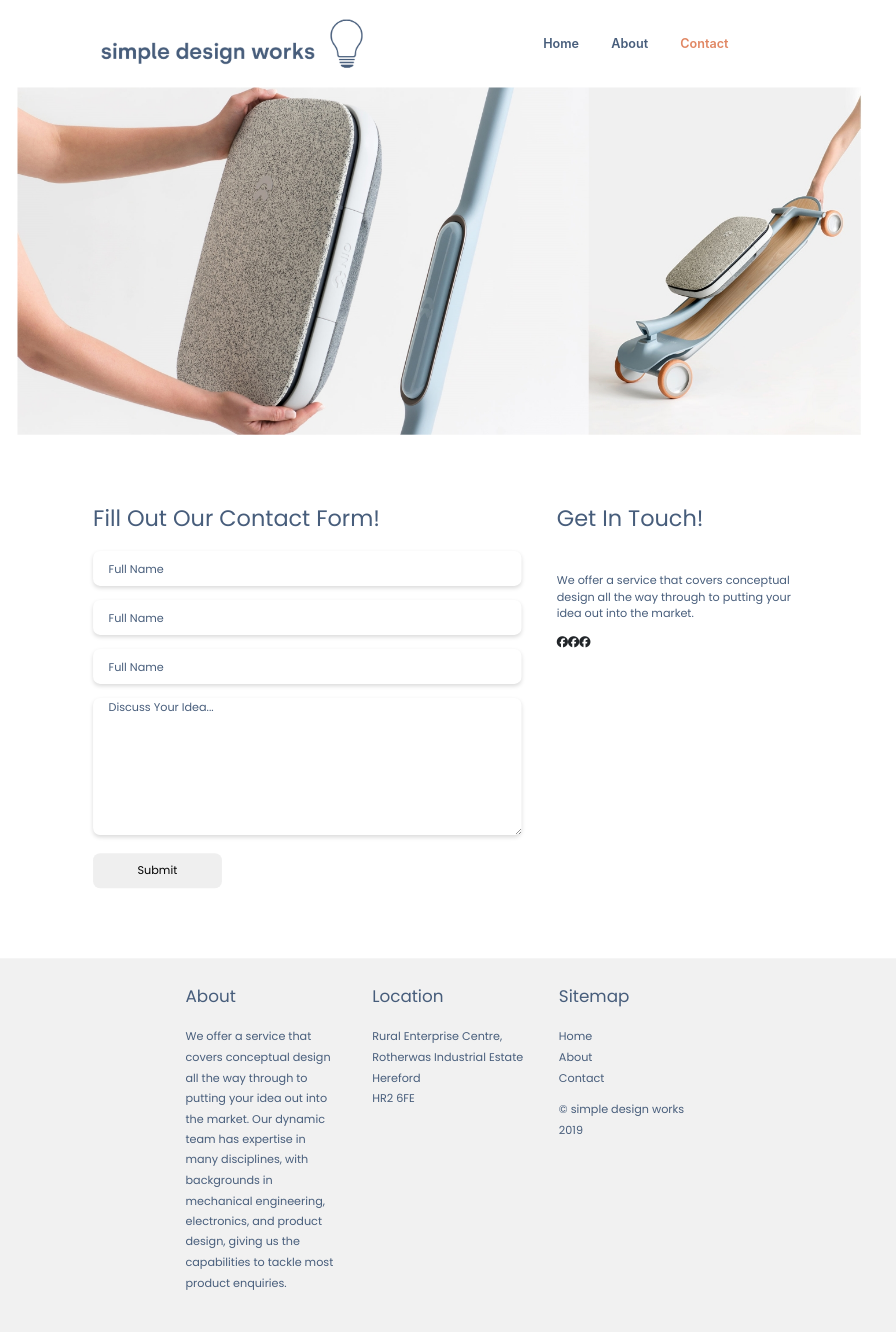
Repository: cobyfoster99/User-Centric-frontend-project
Page: contact.html
The author's editor kept a record of every edit. The page is drawn from the files as they stood at one moment, then again after the next edit.
The browser window is 1280 px wide. The pictures show the whole page, at 70% of full size.
Some web libraries are served in a nearby version.

Above is the page before.

After the next edit:
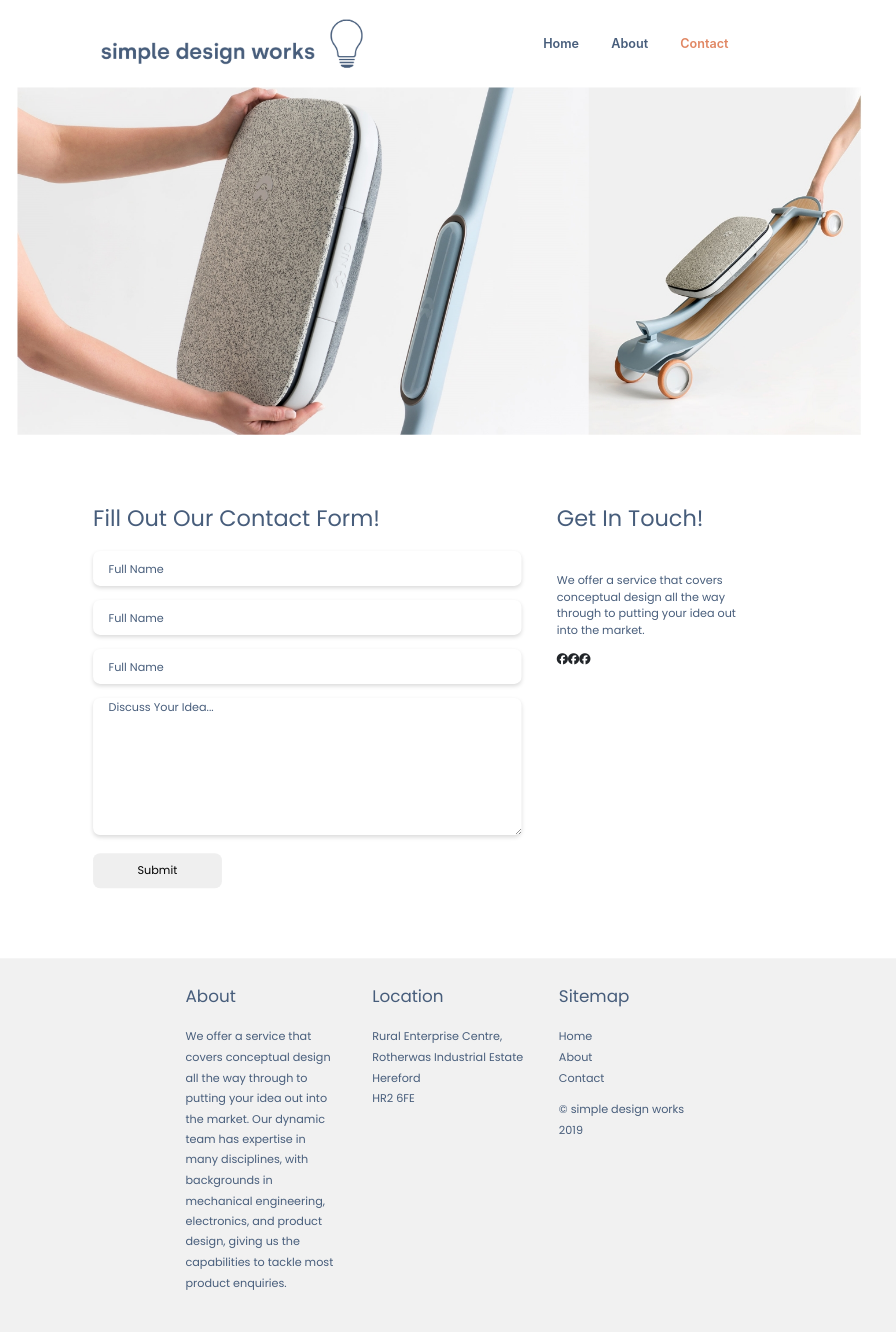
The edit:
--- a/assets/css/style.css
+++ b/assets/css/style.css
@@ -500,7 +500,7 @@
 .contact-info-contact {
     padding-left: 50px;
     padding-top: 100px;
-    width: 38%;
+    width: 30%;
     display: inline-block;
 }
 
